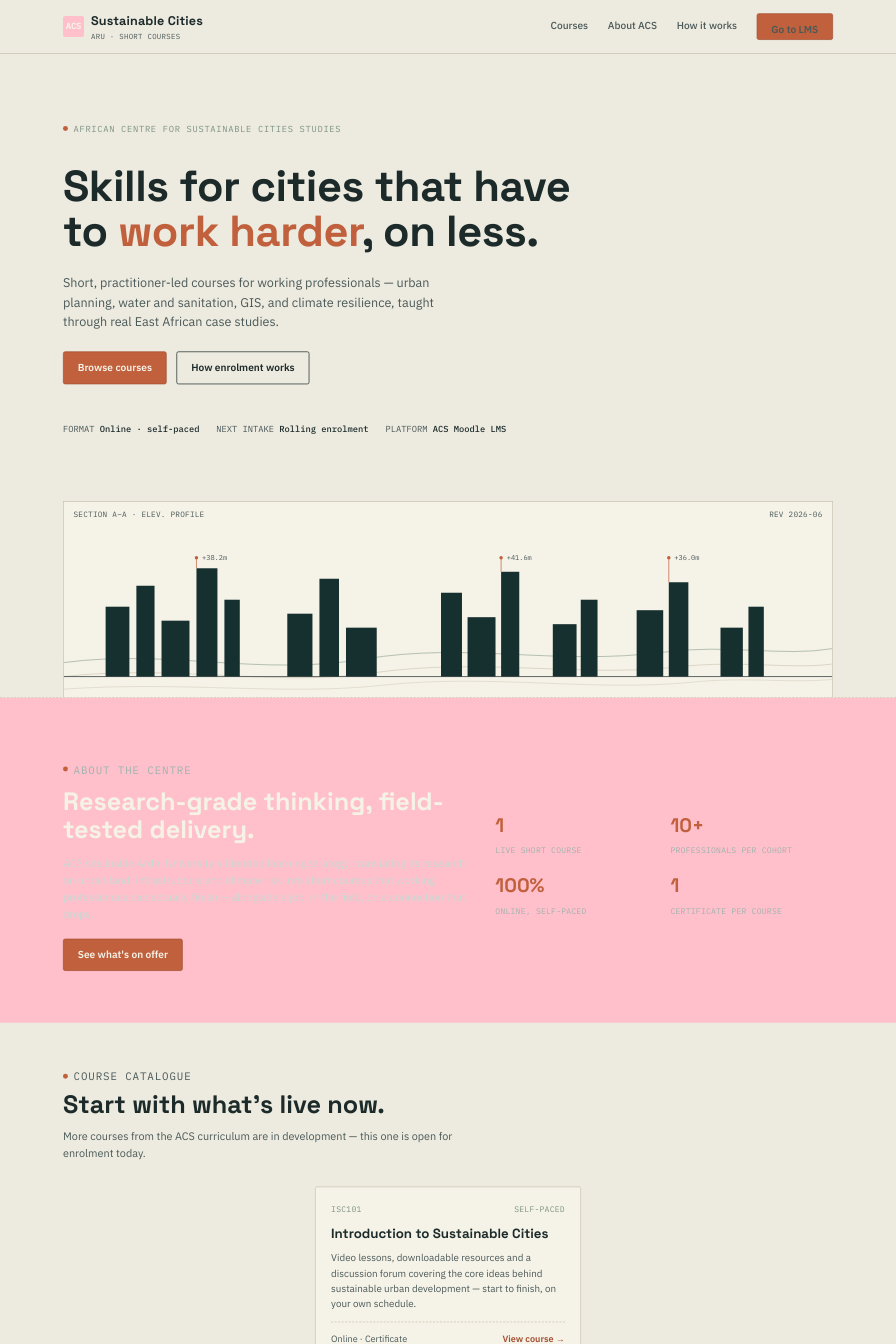
Repository: stephanmbuya6-cyber/ACS-LMS-Project
Page: index.html
The author's editor kept a copy of each file at every save. The page is drawn from the files as they stood at one save, then again after the next save.
The browser window is 1280 px wide. The pictures show the part of the page from y = 0 to 1920 px (the page is 3225 px tall), at 70% of full size.

Above is the page before, as saved 2026-06-23 14:34:44.

After the next save:
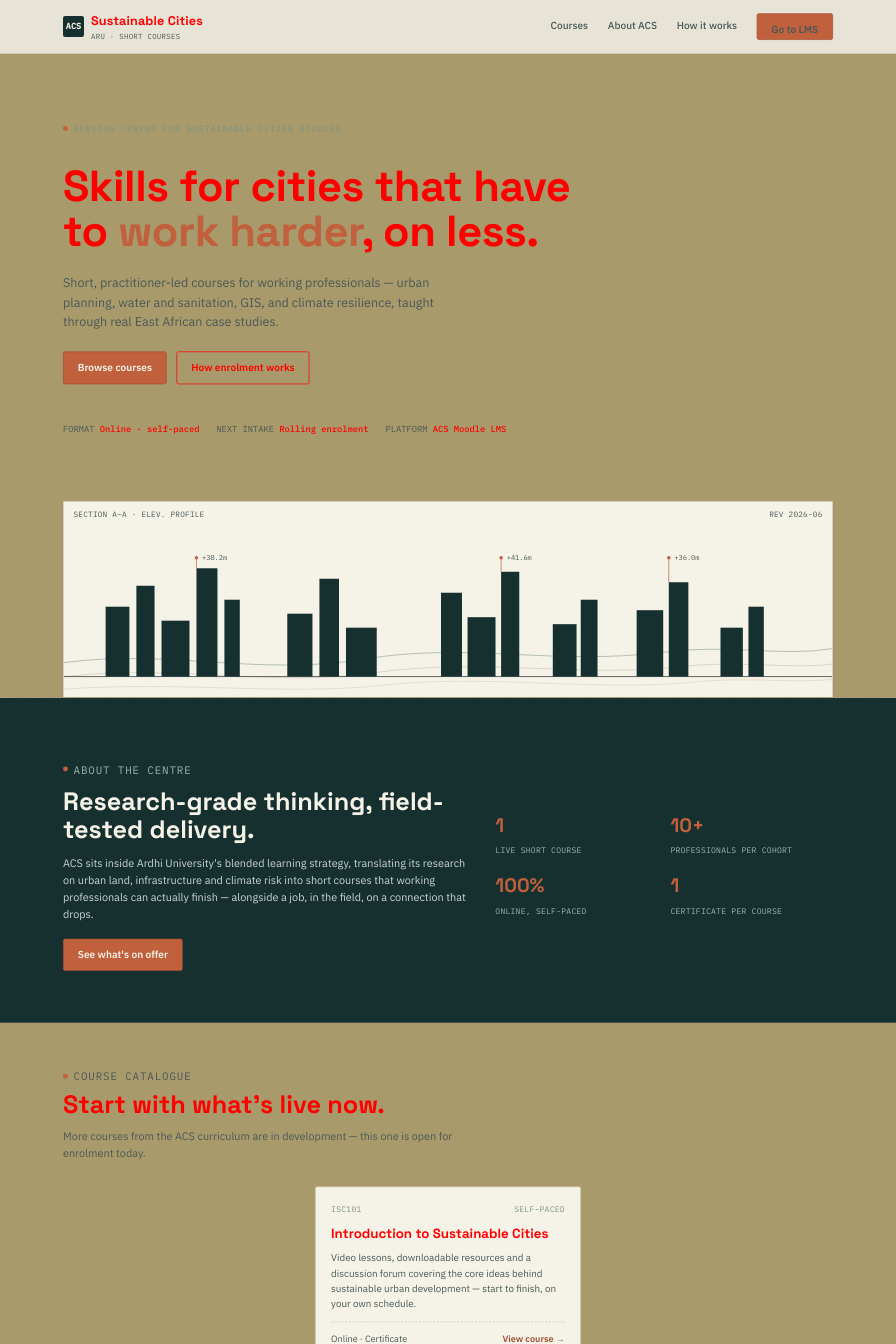
Saved 83 s later.
--- a/index.html
+++ b/index.html
@@ -9,9 +9,9 @@
 <link href="https://fonts.googleapis.com/css2?family=Space+Grotesk:wght@500;600;700&family=IBM+Plex+Sans:wght@400;500;600&family=IBM+Plex+Mono:wght@400;500&display=swap" rel="stylesheet">
 <style>
   :root{
-    --bg:#EDEAE0;
-    --bg-deep:pink;
-    --ink:#1C2B2A;
+    --bg:#a89a6a;
+    --bg-deep:#16302F;
+    --ink:red;
     --ink-soft:#4A5957;
     --clay:#C1603C;
     --clay-dark:#A24F31;
